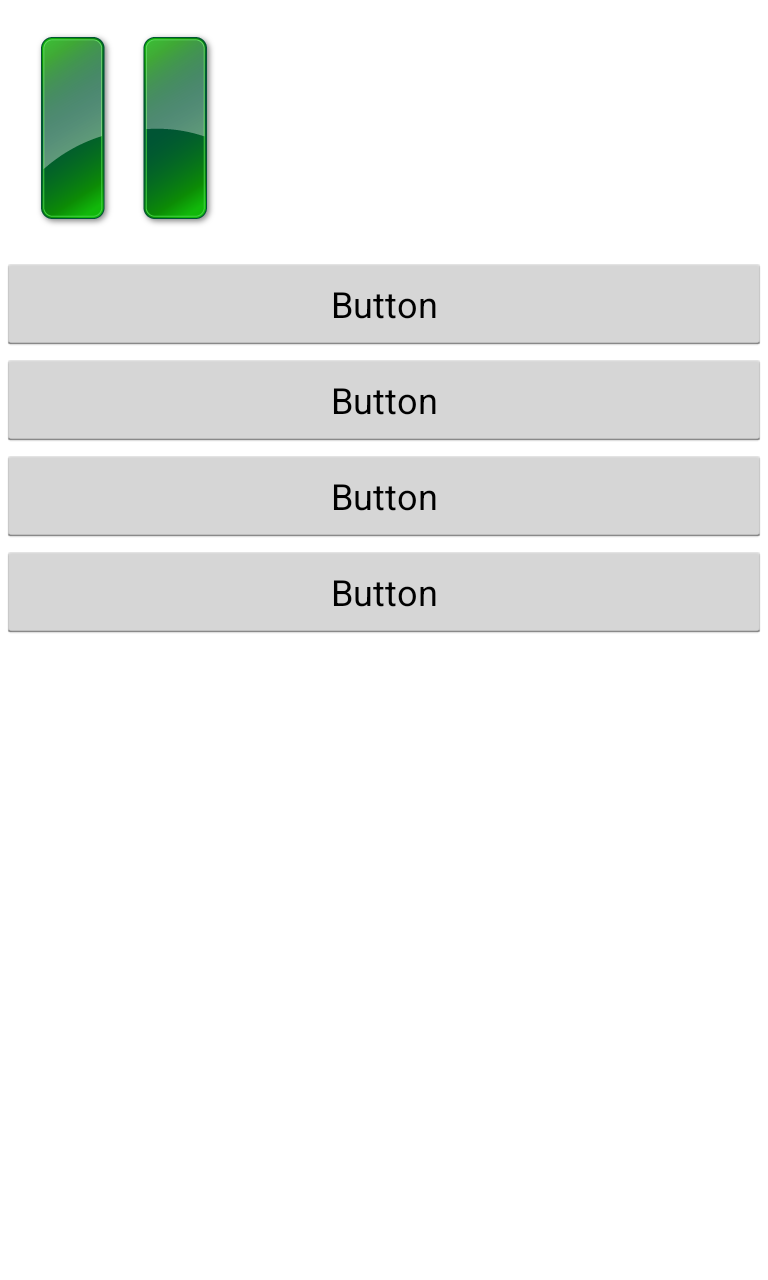
Repository: ChenLongAHXC/AndroidPractice
Layout: Animation/res/layout/activity_main.xml
These files come from the project's save history. The layout is drawn as it stood at one moment and after the next save; the edit follows.
It is drawn on a 768 x 1280 px phone screen (xhdpi) without system bars, with theme AppTheme; the app's code is not run.

Above is the layout before, as saved 2014-04-21 07:41:53.

After the next save:
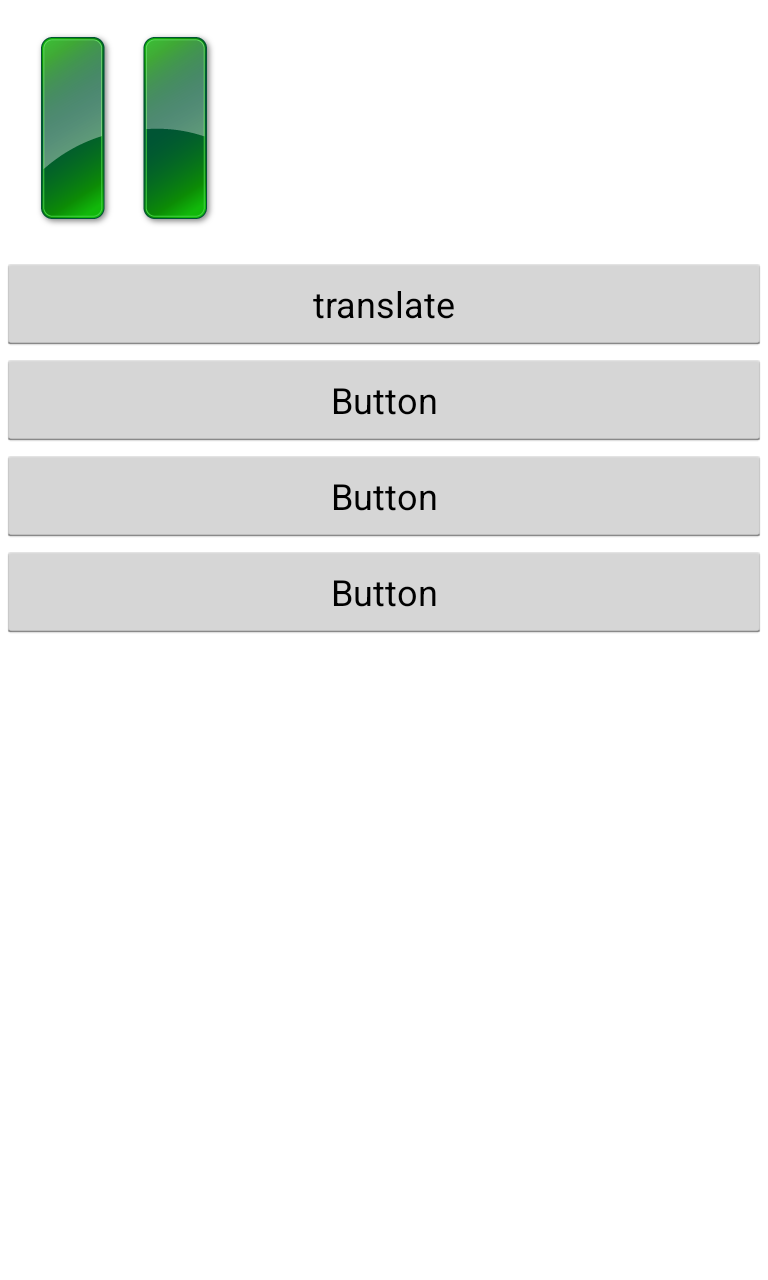
Saved 35 s later.
--- a/Animation/res/layout/activity_main.xml
+++ b/Animation/res/layout/activity_main.xml
@@ -11,10 +11,10 @@
         android:src="@drawable/pause" />
 
     <Button
-        android:id="@+id/button1"
+        android:id="@+id/translate"
         android:layout_width="match_parent"
         android:layout_height="wrap_content"
-        android:text="Button" />
+        android:text="translate" />
 
     <Button
         android:id="@+id/button2"
